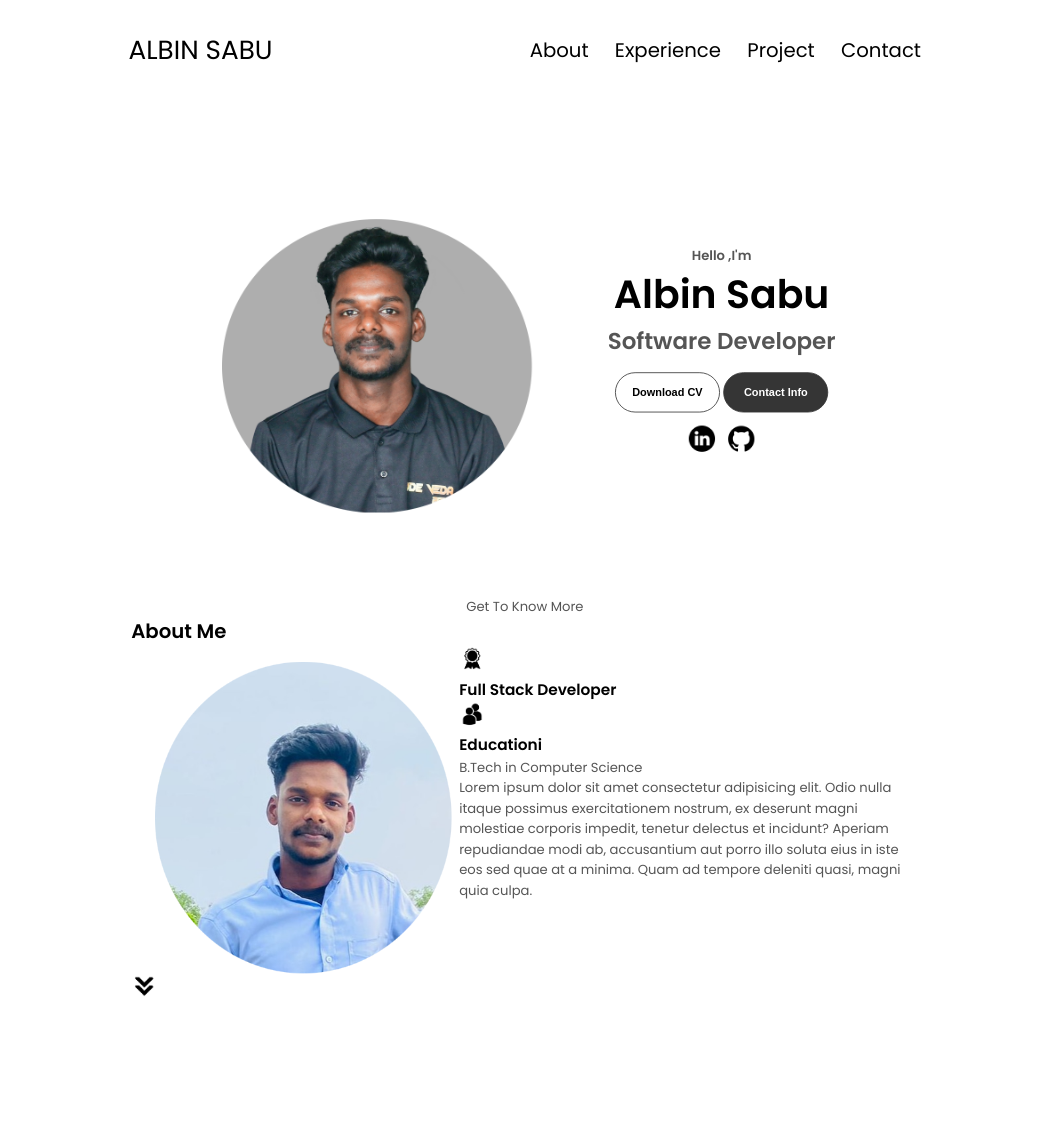
Repository: albinsabu2023/albinsabu
Page: index.html
The author's editor kept a copy of each file at every save. The page is drawn from the files as they stood at one save, then again after the next save.
The browser window is 1280 px wide. The pictures show the whole page, at 82% of full size.

Above is the page before, as saved 2023-08-30 12:12:53.

### index.html
<!DOCTYPE html>
<html lang="en">
<link>
    <meta charset="UTF-8">
    <meta name="viewport" content="width=device-width, initial-scale=1.0">
    <title>Albin Sabu</title>
    <link rel="stylesheet" href="style.css"/>
    <link rel="stylesheet" href="mediaqueries.css">
</head>
<body>
    <nav id="desktop-nav">
        <div class="logo">
            ALBIN SABU
        </div>
        <div>
            <ul class="nav-links">
                <li><a href="#about">About</a></li>
                <li><a href="#experience">Experience</a></li>
                <li><a href="#project">Project</a></li>
                <li><a href="#contact">Contact</a></li>
            </ul>
        </div>
    </nav>
    <nav id="hamburger-nav">
        <div clas="logo"> ALBIN SABU</div>
        <div class="hamburger-menu">
            <div class="hamburger-icon" onclick="toggleMenu()">
                <span></span>
                <span></span>
                <span></span>
            </div>
            <div class="menu-links">
                <li><a href="#about" onclick="toggleMenu()">About</a></li>
                <li><a href="#about" onclick="toggleMenu()">Experience</a></li>
                <li><a href="#about" onclick="toggleMenu()">Project</a></li>
                <li><a href="#about" onclick="toggleMenu()">Contact</a></li>
            </div>
        </div>
    </nav>
    <section id="profile">
        <div class="section__pic-container">
            <img src="./assets/Albin Sabu2.png" alt="profile-pic">
        </div>
        <div class="section__text">
            <p class="section__text__p1">Hello ,I'm</p>
            <h1 class="title">Albin Sabu</h1>
            <p class="section__text__p2">Software Developer</p>
            <div class="btn_container">
                <button class="btn btn-color-2" onclick="window.open('./assets/Albin sabu.pdf')">Download CV</button>
                <button class="btn btn-color-1" onclick="location.href='#contact'">Contact Info</button>
            </div>
            <div id="social-container">
                <img src="./assets/linkedin.png" alt="My Linkedin Profile" class="icon" onclick="location.href='https://www.linkedin.com/in/albin-sabu-377798230'">
                <img src="./assets/github.png" alt="My Github Profile" class="icon" onclick="location.href='https://github.com/albinsabu2023'">

            </div>
        </div>
    </section>
    <section id="about">
        <p class="section__text__p1">Get To Know More</p>
        <h1>About Me</h1>
        <div class="section-container">
            <div class="section__pic-container">
                <img src="./assets//about-pic.png" alt="profilepicture" class="about-pic">
            </div>
            <div class="about-details-container">
                <div class="about-container">
                    <div class="details-container">
                        <img src="./assets/experience.png" alt="experience icon" class="icon">
                        <h3>Full Stack Developer</h3>
                    </div>
                    <div class="details-container">
                        <img src="./assets/education.png" alt="experience icon" class="icon">
                        <h3>Educationi</h3>
                        <p>B.Tech in Computer Science</p>
                    </div>
                </div>
                <div class="text-container">
                    <p>Lorem ipsum dolor sit amet consectetur adipisicing elit. Odio
                        nulla itaque possimus exercitationem nostrum, ex
                        deserunt magni molestiae corporis impedit, tenetur
                        delectus et incidunt? Aperiam repudiandae modi ab,
                         accusantium aut porro illo soluta eius in iste eos
                          sed quae at a minima. Quam ad tempore deleniti
                          quasi, magni quia culpa.
                    </p>
                </div>
            </div>
        </div>
       <img src="./assets/arrow.png" alt="arrow" class="icon arrow" onclick="locaiton.href='./#experience'">
    </section>
    <script src="script.js"></script>
</body>
</html>

### style.css
@import url('https://fonts.googleapis.com/css2?family=Poppins:ital,wght@0,300;0,400;0,500;0,600;1,200;1,300;1,500;1,600&display=swap');

* {
    margin: 0;
    padding: 0;
}

body {
    font-family: 'Poppins', sans-serif;
}

html {
    scroll-behavior: smooth;
}

p {
    color: rgb(85, 85, 85);
}

a,
.btn {
    transition: all 300ms ease
}

/* Desktop navigation */
nav,
.nav-links {
    display: flex;

}

nav {
    justify-content: space-around;
    align-items: center;
    height: 17vh;

}

.nav-links {
    gap: 2rem;
    list-style: none;
    font-size: 1.5rem;
}
a{
    color:black;
    text-decoration: none;
    text-decoration-color: white;
}

a:hover{
    color:gray;
    text-decoration:underline;
    text-underline-offset:1rem ;
    text-decoration-color:rgb(181,181,181);
}

.logo{
    font-size:2rem;
}

#hamburger-nav{
    display:none;
}
.hamburger-menu{
    position: relative;
    display:inline-block;
}
.hamburger-icon{
    display: flex;
    flex-direction: column;
    justify-content: space-between;
    height: 24px;
    width: 30px;
    cursor: pointer;
}

.hamburger-icon span{
    width:100%;
    height: 2px;
    background-color: black;
    transition: all 0.3 ease-in-out;
}

.menu-links{
    position:absolute;
    top:100%;
    right:0%;

    width: fit-content;
    max-height: 0;
    overflow: hidden;
    transition: all 0.3 ease-in-out;
}

.menu-links{
    display: block;
    padding: 10px;
    text-align: center;
    font-size: 1.5rem;
    color: black;
    text-decoration: none;
    transform: all 0.3 ease-in-out;
}

.menu-links li{
    list-style: none;

}

.menu-links.open{
    max-height: 300px;
}

.hamburger-icon.open span:first-child{
    transform:rotate(45deg) translate(10px,5px);
}
.hamburger-icon.open span:nth-child(2){
   opacity:0;
}
.hamburger-icon.open span:last-child{
    transform:rotate(-45deg) translate(10px,-5px);
}

.hamburger-icon span:first-child{
    transform: none;
}
.hamburger-icon span:first-child{
    opacity:1;
}
.hamburger-icon span:first-child{
    transform: none;
}

section{
    padding-top:4vh ;
    height: 96vh;
    margin: 0 10rem;
    box-sizing: border-box;
    min-height: fit-content;
}

.section-container{
    display: flex;
}

#profile{
    display: flex;
    justify-content: center;
    gap: 5rem;
    height:  80vh;
}

.section__pic-container{
    display: flex;
    height: 400px;
    width: 400px;
    margin: auto 0;
}

.section__text{

    align-self:center;
    text-align: center;
}

.section__text p{
    font-weight: 600;
}
.section__text__p1{
    text-align: center;

}
.section__text__p2 {

    font-size: 1.75rem;
    margin-bottom: 1rem;
}

.title{
    font-size:3rem;
    text-align: center;
}
#social-container{
    display: flex;
    justify-content: center;
    margin-top: 1rem;
    gap: 1rem;
}

/* icon */
.icon{
    cursor: pointer;
    height: 2rem;
}

.btn-container{
    display: flex;
    justify-content:center;
    gap: 1rem;
}
.btn{
    font-weight: 600;
    transition: all 300ms ease;
    padding: 1rem;
    width: 8rem;
    border-radius: 2rem;

}

.btn-color-1,.btn-color-2{
    border:rgb(53,53,53) 0.1rem solid;
}
.btn-color-1:hover,
.btn-color-2:hover {
   cursor:pointer
}
.btn-color-1,
.btn-color-2:hover {
   background: rgb(53,53,53);
   color: white;
}

.btn-color-1:hover{
    background-color: rgb(0,0,0);

}
.btn-color-2{
    background:none
    ;
}
.btn-color-2:hover{
    border:rgb(255,255,255) 0.1rem solid;
}

/* About section */

#about{
    position: relative;
}
.about-container{
    gap:2rem;
}
.about-details-container

### mediaqueries.css
@media screen and (max-width:1200px){
    #desktop-nav{
        display: none;
    }
    #hamburger-nav{
        display: flex;
    }
}

Loaded but not shown: script.js (common file)

After the next save:
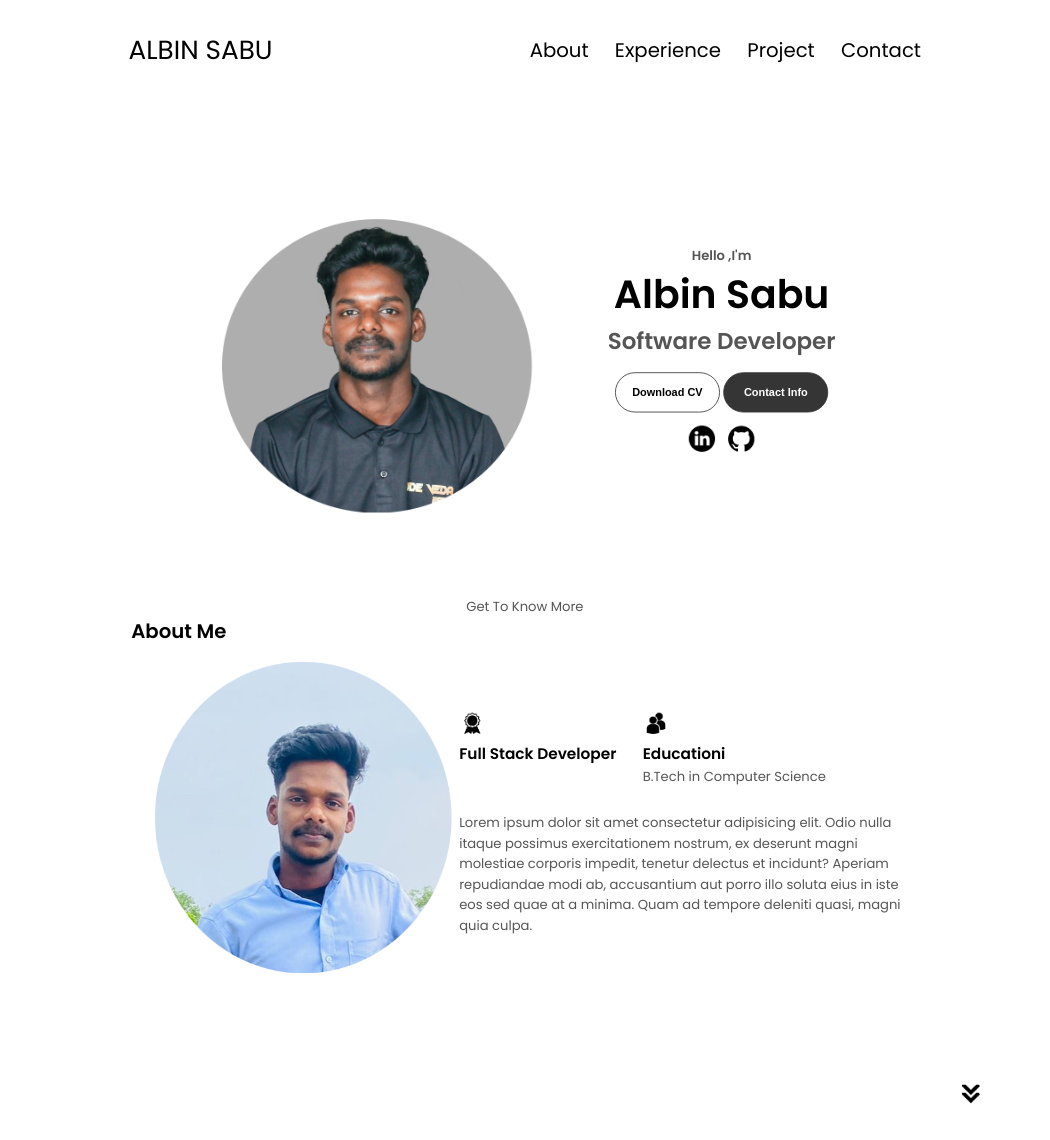
Saved 101 s later.
--- a/style.css
+++ b/style.css
@@ -239,5 +239,24 @@ section{
 }
 .about-container{
     gap:2rem;
-}
-.about-details-container
+    margin-bottom:2rem ;
+    margin-top: 2rem;
+}
+.about-details-container{
+    justify-content: center;
+    flex-direction: column;
+}
+
+.about-container,.about-details-container{
+    display: flex;
+}
+
+.about-pic{
+    border-radius: 2rem;
+
+}
+.arrow{
+    position:absolute;
+    right:-5rem;
+    bottom:2.5rem;
+}
